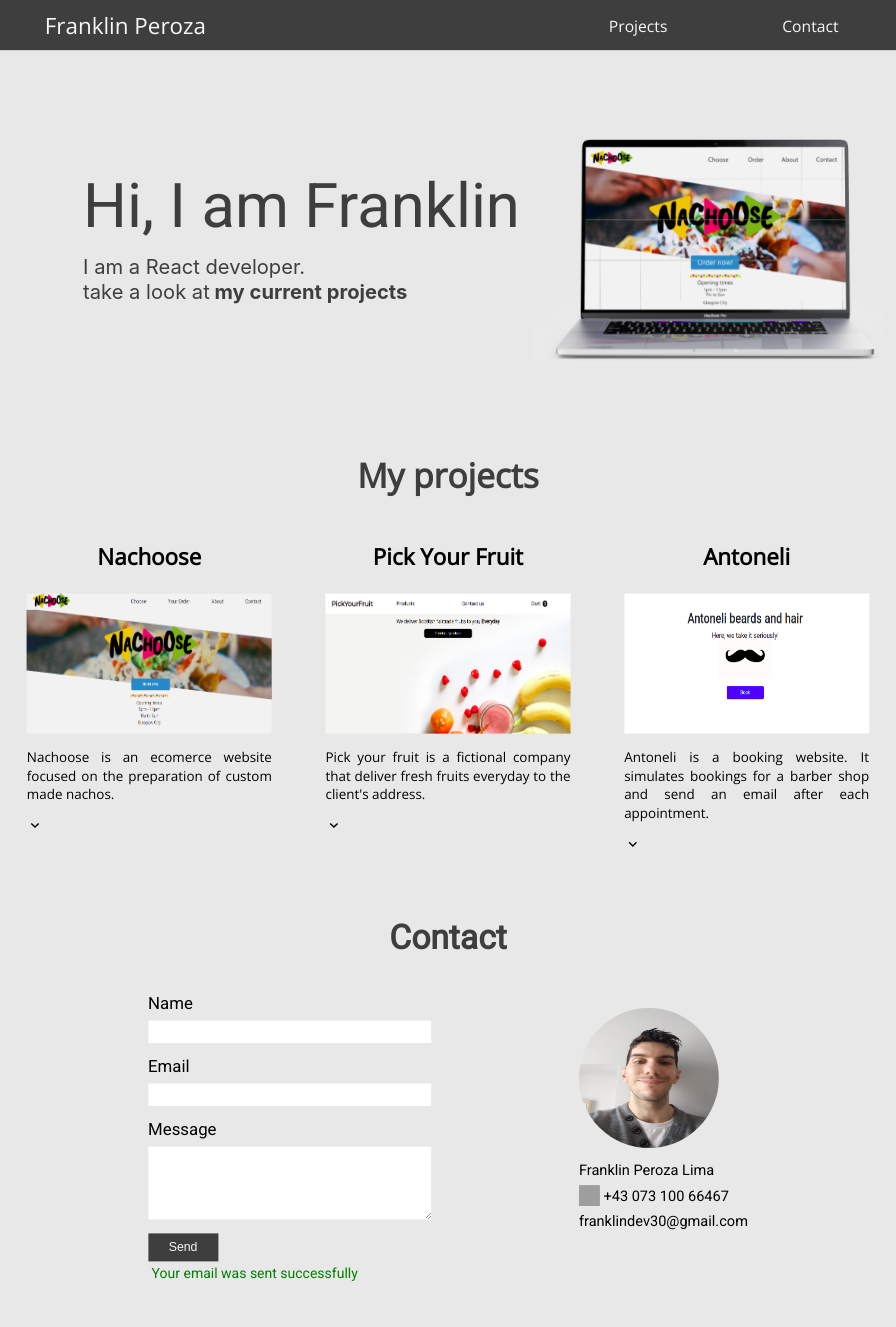
Repository: franklinpl/portfolio
Page: /
The author's editor kept a copy of each file at every save. The page is drawn from the files as they stood at one save, then again after the next save.
The browser window is 1280 px wide. The pictures show the whole page, at 70% of full size.
Pictures or frames that could not be fetched are drawn as grey boxes. The project was rebuilt for these pictures with package versions that can differ from the ones it lists, and the page was loaded fresh each time.

Above is the page before, as saved 2022-09-29 17:03:00.

After the next save:
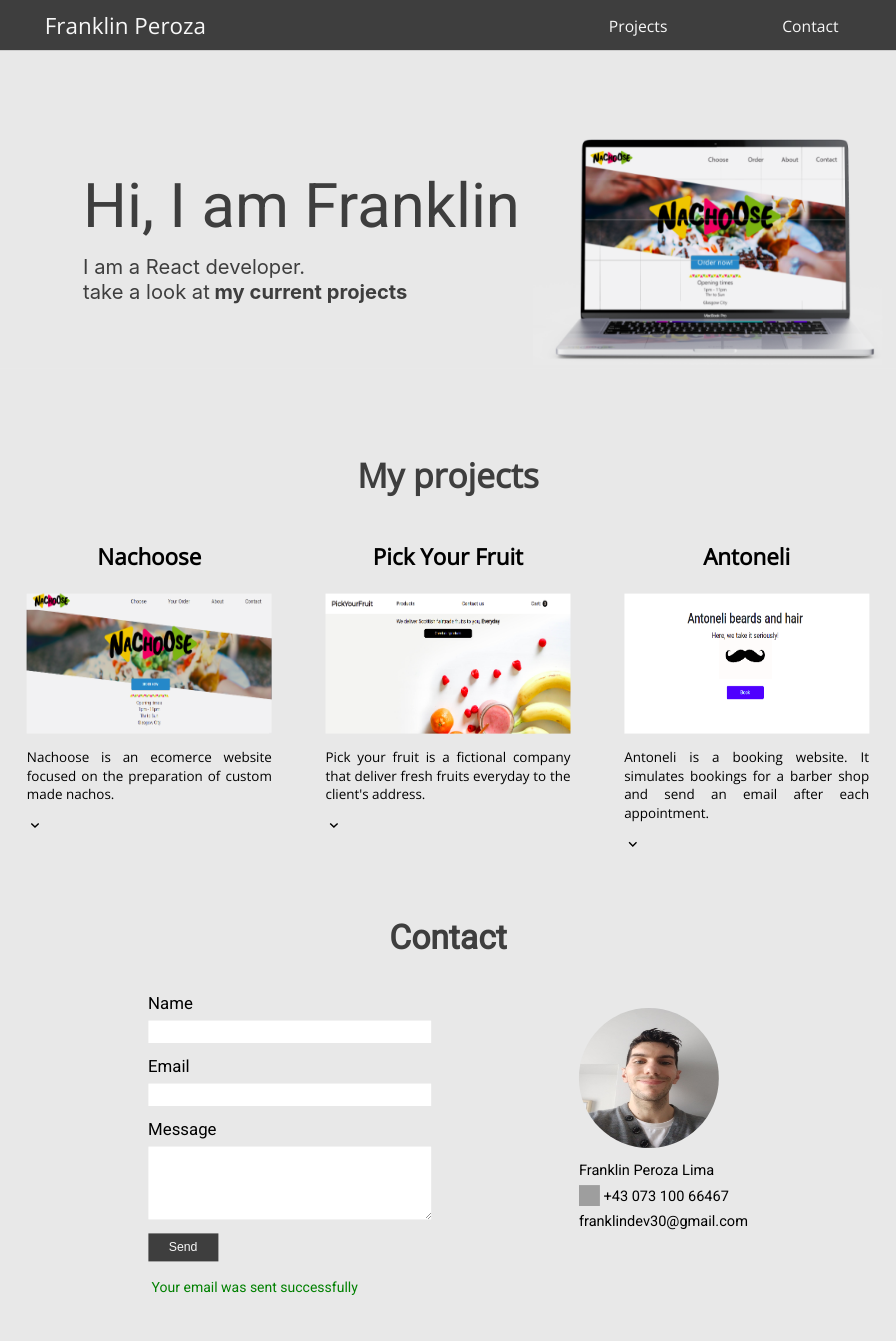
Saved 2 min 0 s later.
--- a/src/components/Contact.js
+++ b/src/components/Contact.js
@@ -57,11 +57,13 @@ function Contact(){
                         onChange={(e) => setMessage(e.target.value)} value={message}/>
                     </div>
                     <button id='contact-button'>{loading ? 'Sending...' : 'Send'}</button>
-                    {
-                        emailError === true ? <p id='email-not-sent'>An error has occurred. Please contact franklindev30@gmail.com directly through your email provider</p>
-                        : emailError === false ? <p id='email-sent'>Your email was sent successfully</p>
-                        : ''
-                    }
+                    <div className='error-message'>
+                        {
+                            emailError === true ? <p id='email-not-sent'>An error has occurred. Please contact franklindev30@gmail.com directly through your email provider</p>
+                            : emailError === false ? <p id='email-sent'>Your email was sent successfully</p>
+                            : ''
+                        }
+                    </div>
                 </form>
 
                 <div className='picture-and-info'>
